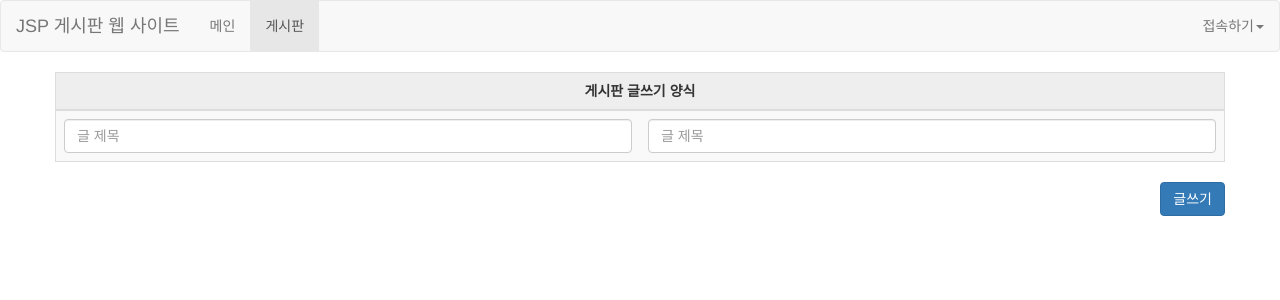
Repository: hseob04/jsp_bbs
Page: http://localhost/BBS/write.jsp
These files come from the project's save history. The page is drawn as it stood at one moment and after the next save; the edit follows.
The browser window is 1280 px wide. The pictures show the whole page.
Some web libraries are served in a nearby version. The page is served by Tomcat 9.

Above is the page before, as saved 2021-03-22 14:51:19.

After the next save:
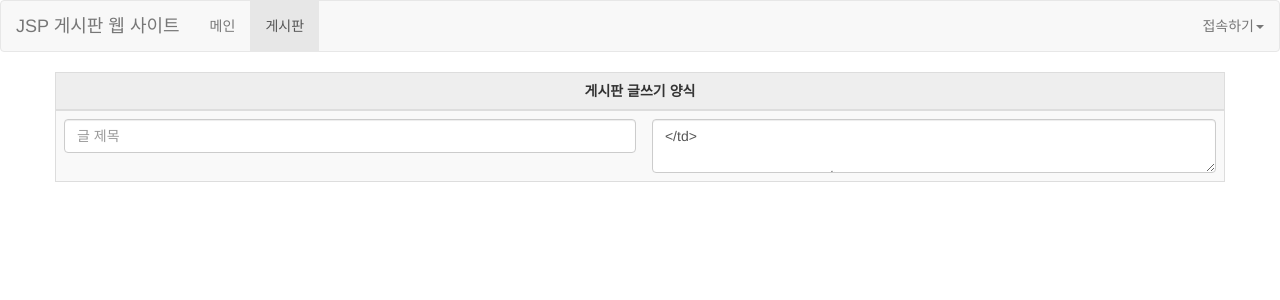
Saved 16 s later.
--- a/JSP/projects/BBS/src/main/webapp/write.jsp
+++ b/JSP/projects/BBS/src/main/webapp/write.jsp
@@ -84,7 +84,7 @@
 				<tbody>
 					<tr>
 						<td><input type="text" class="form-control" placeholder="글 제목" name="bbsTitle" maxlength="50"></td>
-						<td><input type="text" class="form-control" placeholder="글 제목" name="bbsTitle" maxlength="50"></td>
+						<td><textarea type="text" class="form-control" placeholder="글 제목" name="bbsTitle" maxlength="50"></td>
 
 					</tr>
 				</tbody>
